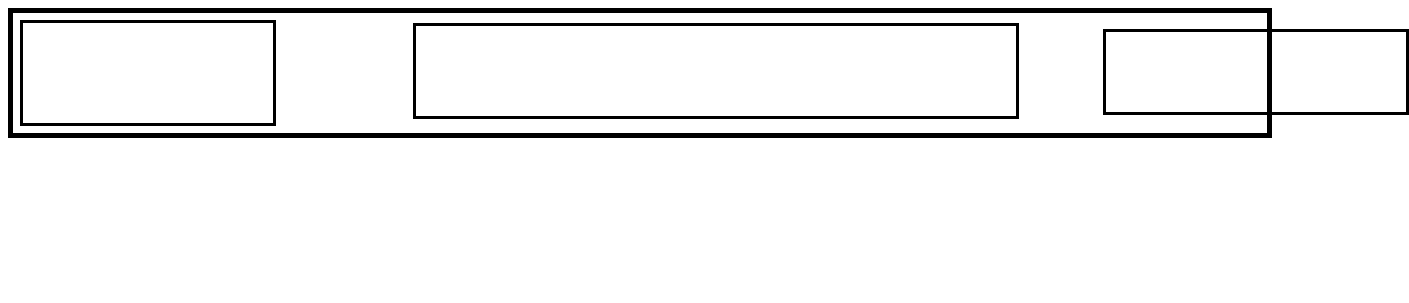
Repository: cartervandekamp/htmlstructure.mdia2003
Page: htmlstructure-psd/index.html
These files come from the project's save history. The page is drawn as it stood at one moment and after the next save; the edit follows.
The browser window is 1280 px wide. The page is 1409 px wide, so the pictures cover 1409 px, including what lies to the right of the window. The pictures show the whole page.

Above is the page before, as saved 2023-01-16 18:07:24.

### htmlstructure-psd/index.html
<!DOCTYPE html>
<html lang="en">
<head>
    <title>Document</title>
    <link rel="stylesheet" href="style.css">
</head>
<body>
    <div class="toprow">
        <div class="topleft"></div>
        <div class="topmiddle"></div>
        <div class="topright"></div>
    </div>
    <div class="thinbar"></div>
    <div class="secondrow">
        <div class="secondleft"></div>
        <div class="secondmiddle"></div>
        <div class="secondright"></div>
    </div>
    <div class="middlecontent">
        <div class="middleleftone">
            <div class="titletextone"></div>
            <div class="bodytextone"></div>
            <div class="footerone"></div>
        </div>
        <div class="middlelefttwo">
            <div class="titletexttwo"></div>
            <div class="bodytexttwo"></div>
            <div class="footertwo"></div>
        </div>
    </div>
    <div class="middlerightone"></div>
    <div class="middlerighttwo"></div>
    <div class="middlerightthree"></div>
    <div class="middletextfour"></div>
<div class="footer">
    <div class="footertitle"></div>
    <div class="footercontent">
        <div class="footercontentone"></div>
        <div class="footercontenttwo"></div>
        <div class="footercontentthree"></div>
        <div class="footercontentfour"></div>
    </div>
    <div class="footerbottom"></div>
</div>

</body>
</html>

### htmlstructure-psd/style.css
body {
    border-style: solid;
    border-color: black;
    border-width: 2px;
}

.toprow {
    height: 120px;
    border-style: solid;
    border-color: black;
}

.topleft {
    height: 100px;
    width: 250px;
    margin: 7px;
    border-style: solid;
    border-color: black;
}

.topmiddle {
    height: 90px;
    width: 600px;
    border-style: solid;
    border-color: black;
    align-items: center;
    margin-left: 400px;
    margin-top: -110px;
}

.topright {
    height: 80px;
    width: 300px;
    border-style: solid;
    border-color: black;
    align-items: center;
    margin-left: 1090px;
    margin-top: -90px;
}

After the next save:
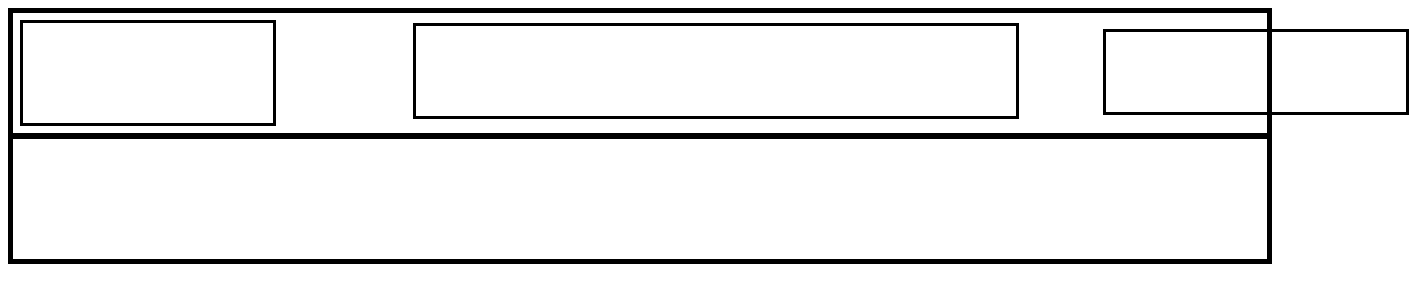
Saved 3 min 47 s later.
--- a/htmlstructure-psd/style.css
+++ b/htmlstructure-psd/style.css
@@ -37,3 +37,9 @@ body {
     margin-left: 1090px;
     margin-top: -90px;
 }
+
+.thinbar {
+    height: 120px;
+    border-style: solid;
+    border-color: black;
+}
